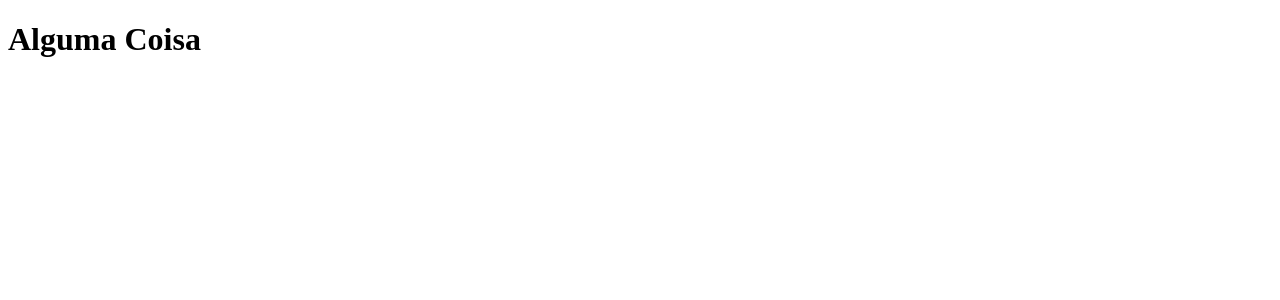
Repository: Fel1pit0/CRIE_TI
Page: Projetos/Teste/Menu.html
An editor plug-in stored every save of this project. The page is shown before and after the next save, followed by the edit.
The browser window is 1280 px wide. The pictures show the whole page.

Above is the page before, as saved 2022-05-19 14:53:07.

After the next save:
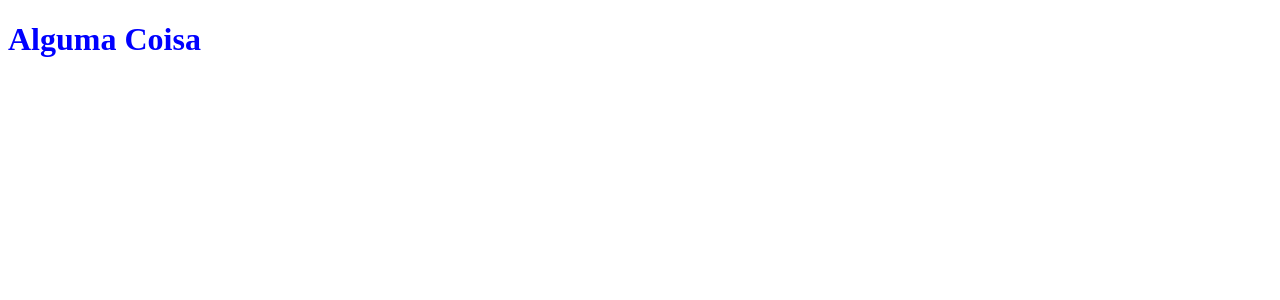
Saved 13 s later.
--- a/Projetos/Teste/Menu.html
+++ b/Projetos/Teste/Menu.html
@@ -5,7 +5,7 @@
     <meta http-equiv="X-UA-Compatible" content="IE=edge">
     <meta name="viewport" content="width=device-width, initial-scale=1.0">
     <title>Document</title>
-    <link href="">
+    <link rel="stylesheet" href="Css/styles.css">
 </head>
 <body>
     <h1>Alguma Coisa</h1>
